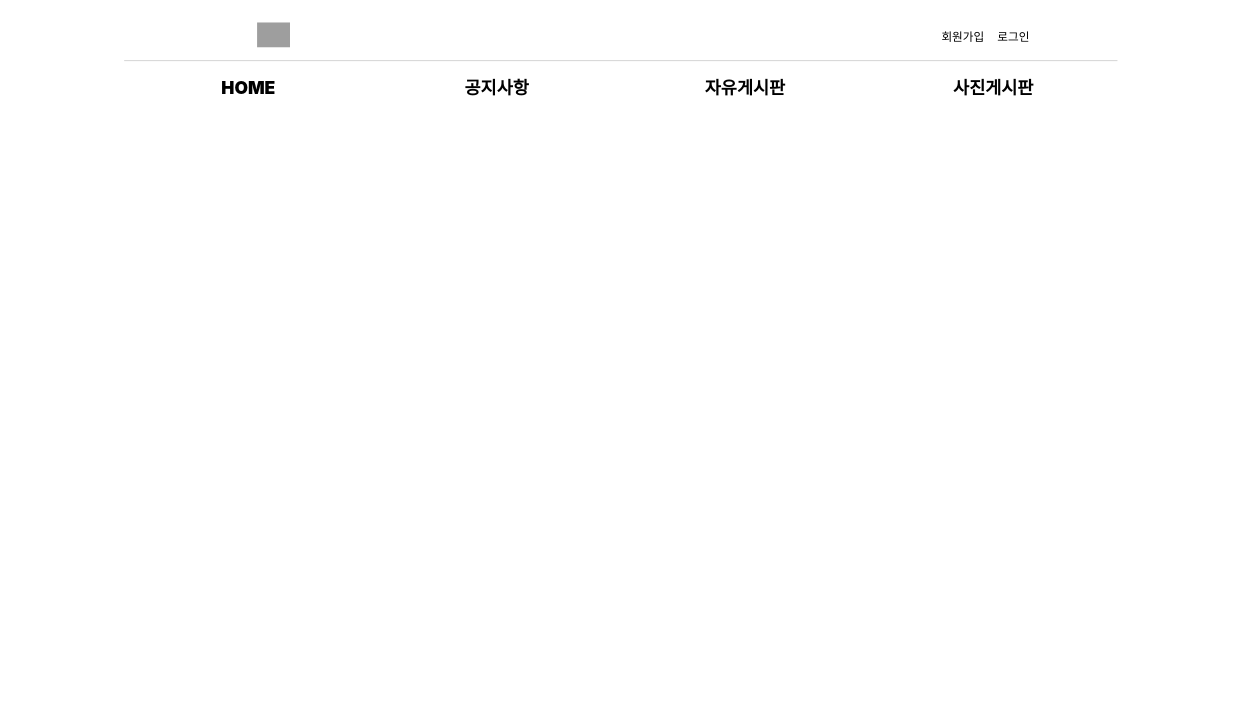
Repository: soma-kim/Spring
Page: http://localhost/Spring_Project/
These files come from the project's save history. The page is drawn as it stood at one moment and after the next save; the edit follows.
The browser window is 1280 px wide. The pictures show the whole page, at 97% of full size.
Pictures or frames that could not be fetched are drawn as grey boxes. The page is served by Tomcat 9. Nobody is signed in. The application's start-up code is not run.

Above is the page before, as saved 2022-11-17 02:47:22.

After the next save:
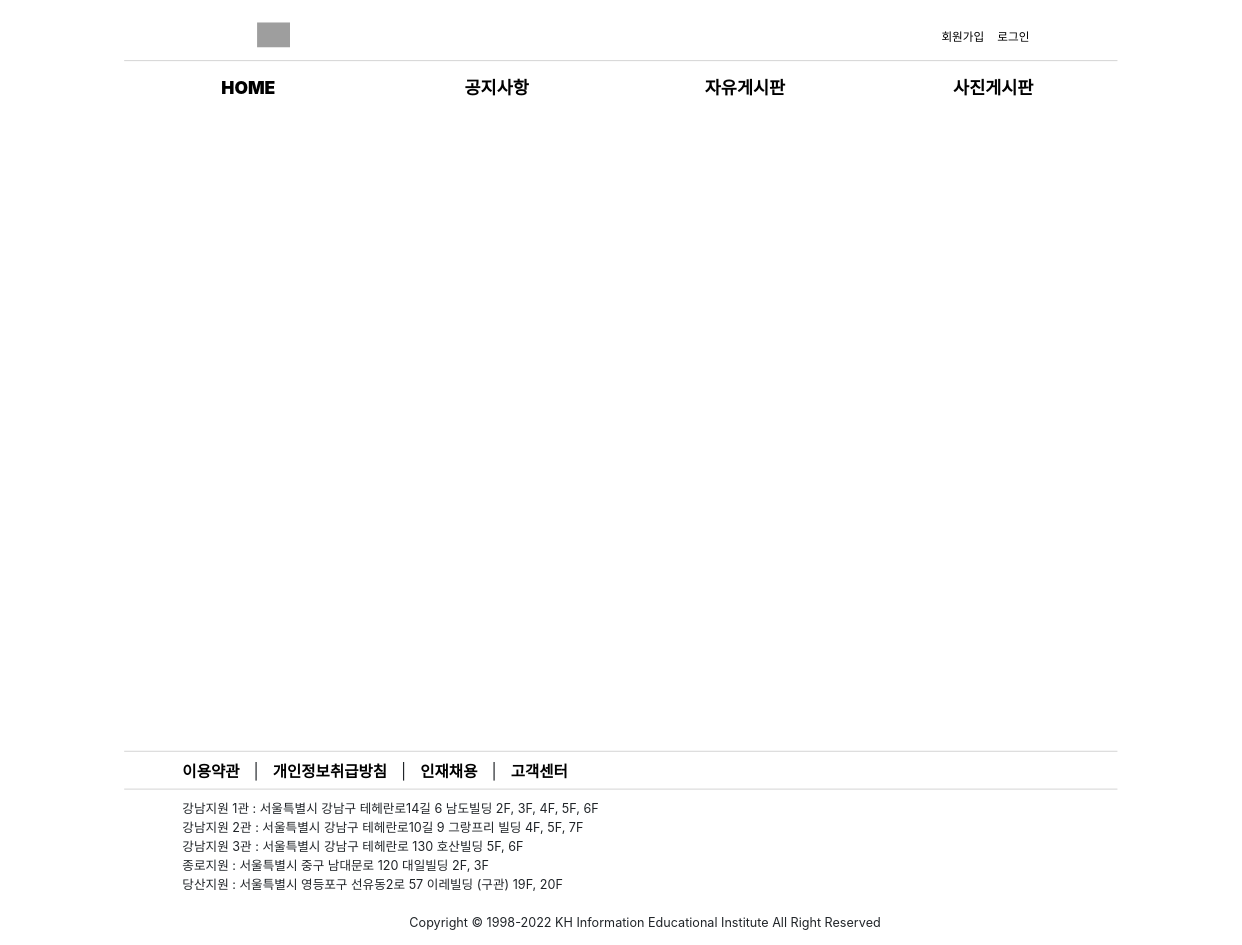
Saved 8 s later.
--- a/Spring_Project/src/main/webapp/WEB-INF/views/common/footer.jsp
+++ b/Spring_Project/src/main/webapp/WEB-INF/views/common/footer.jsp
@@ -37,6 +37,24 @@
     </style>
 </head>
 <body>
+    <div id="footer">
+        <div id="footer-1">
+            <a href="#">이용약관</a> |
+            <a href="#">개인정보취급방침</a> |
+            <a href="#">인재채용</a> |
+            <a href="#">고객센터</a>
+        </div>
 
+        <div id="footer-2">
+            <p id="p1">
+                강남지원 1관 : 서울특별시 강남구 테헤란로14길 6 남도빌딩 2F, 3F, 4F, 5F, 6F <br>
+                강남지원 2관 : 서울특별시 강남구 테헤란로10길 9 그랑프리 빌딩 4F, 5F, 7F <br>
+                강남지원 3관 : 서울특별시 강남구 테헤란로 130 호산빌딩 5F, 6F <br>
+                종로지원 : 서울특별시 중구 남대문로 120 대일빌딩 2F, 3F <br>
+                당산지원 : 서울특별시 영등포구 선유동2로 57 이레빌딩 (구관) 19F, 20F
+            </p>
+            <p id="p2">Copyright © 1998-2022 KH Information Educational Institute All Right Reserved</p>
+        </div>
+    </div>
 </body>
 </html>
